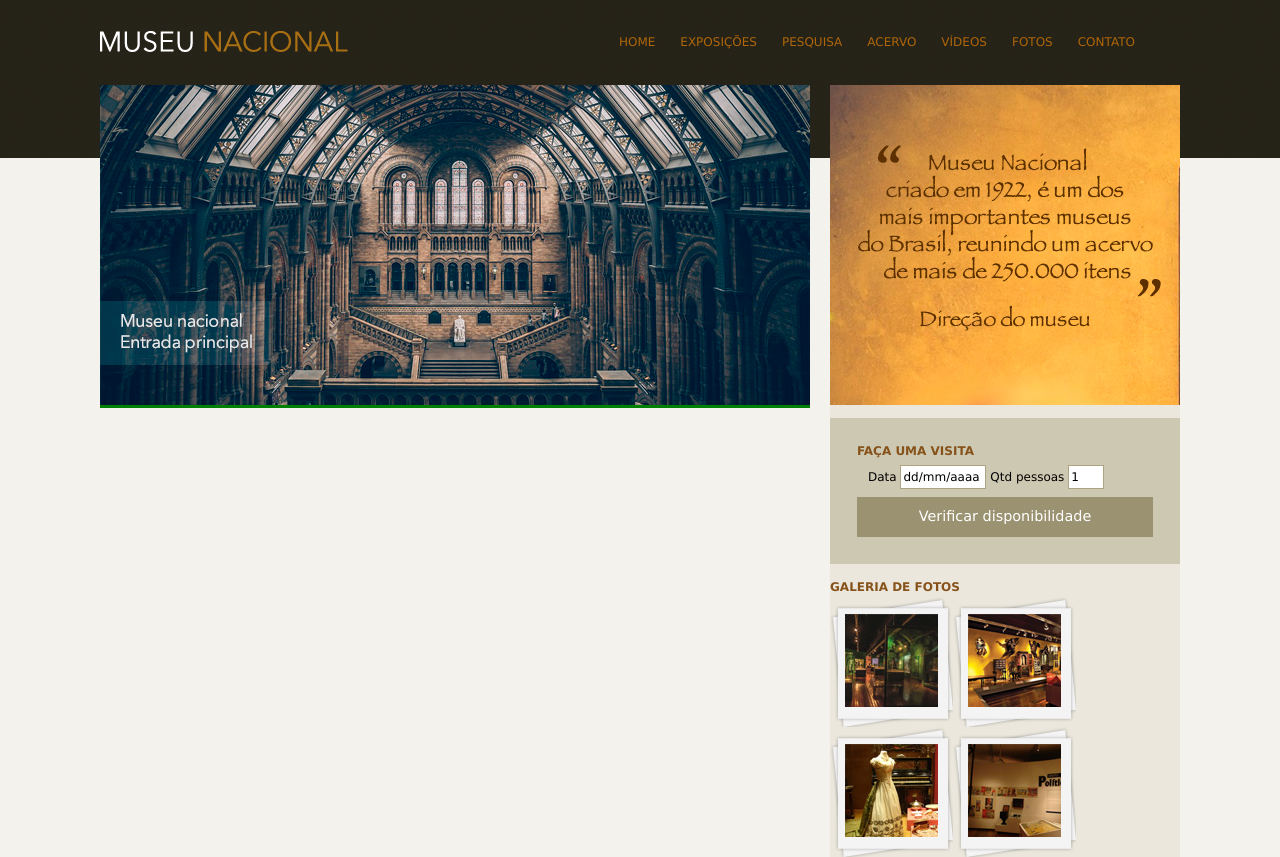
Repository: GustavoScopinho/Museu-Nacional
Page: index.html
An editor plug-in stored every save of this project. The page is shown before and after the next save, followed by the edit.
The browser window is 1280 px wide. The pictures show the whole page.

Above is the page before, as saved 2022-07-05 01:29:18.

### index.html
<!DOCTYPE html>
<html>
  <head>
    <title>Museu Nacional</title>
    <meta charset="utf-8" />
    <link rel="stylesheet" type="text/css" href="css/normalize.css" />
    <link rel="stylesheet" type="text/css" href="css/style.css" />
  </head>

  <body>
    <div id="container">
      <!-- Inicio container -->

      <header>
        <div id="logo">
          <h1><a href="">Museu Nacional</a></h1>
        </div>

        <nav>
          <ul>
            <li><a href="#">Home</a></li>
            <li><a href="#">Exposições</a></li>
            <li><a href="#">Pesquisa</a></li>
            <li><a href="#">Acervo</a></li>
            <li><a href="#">Vídeos</a></li>
            <li><a href="#">Fotos</a></li>
            <li><a href="#">Contato</a></li>
          </ul>
        </nav>
      </header>

      <div id="principal">
        <div id="conteudo">
          <section id=" capa">
            <img src="img/museu.png">
          </section>
        </div>
      <aside>
        <section id="depoimento">
          <img src="img/depoimento.png">
        </section>

      <section id="visita">
        <h4>Faça uma visita</h4>
          <form>
            <fieldset>
                <legend>Selecione uma data</legend>

                <label for="data" >Data</label>
                <input class="campo" type="text" id="data" value="dd/mm/aaaa">

                <label  for="qtd" >Qtd pessoas</label>
                <input class="campo" style="width: 30px;" type="text" id="qtd" value="1">

            </fieldset>
            <input class="botao" type="submit" value="Verificar disponibilidade">
          </form>
      </section>

      <section id="galeria">
        <h4>Galeria de fotos</h4>
          <a href="">
            <img src="img/imagem1.jpg" height="93" width="93">
          </a>
          <a href="">
            <img src="img/imagem2.jpg" height="93" width="93">
          </a>
          <a href="">
            <img src="img/imagem3.jpg" height="93" width="93">
          </a>
          <a href="">
            <img src="img/imagem4.jpg" height="93" width="93">
          </a>
      </section>

      </aside>
    </div>
    <!-- fim container -->
  </body>
</html>

### css/style.css

body {
  background: #f4f2ec url(../img/fundo.png) repeat-x;
  font: 12px "Lucida Grande", "Lucida Sans Unicode", Arial, sans-serif ;
}

#container {
  width: 1080px;
  margin: 0 auto;
}

a:link, a:active, a:visited {
  color: #af670a;
  text-decoration: none;
}

a:hover {
  color: #227115;
}

/* LOGO */

#logo h1{
  float: left;
}
#logo a {
  width: 248px;
  height: 21px;
  text-indent: -9999px;
  display: block;
  background: url(../img/logo.png) no-repeat;
}

/* navegation */

header{
  padding: 15px 0;
  height: 55px;
}

nav ul {
  list-style: none;
  margin: 20px;
  float: right;
}
nav ul li {
  float: left;
}

nav ul li a:link {
  display: block;
  margin-right: 25px;
  padding-bottom: 3px;
  text-transform: uppercase;
}

nav ul li a:hover {
  border-bottom: 1px solid #535858;
}

/* Principal */

#conteudo {
  width: 710px;
  float: left;
  background: green;
}
aside {
  width: 350px;
  float: right;
  background: #ebe7dd;
}

section#visita {
  background: #cdc8b1;
  padding: 10px 27px 27px 27px;
  margin-top: 10px;
}

section#galeria a {
  display: block;
  background: url(../img/fundo-foto.png) no-repeat;

  float: left;
  padding: 17px 15px 17px 15px;
}

h4 {
  color: #86521a;
  text-transform: uppercase;
  padding-bottom: 3px;
  margin-bottom: 0;
}

/* Formulario */

input {
  height: 20px;
  width: 80px;
  background: #fff;
  border: none;
  font-size: 1em;
}
input.campo {
  border:1px solid #ada484;
}

input.botao {
  background: #9b9271;
  color: white;
  width: 100%;
  height: 40px;
  font-size: 1.2em;
}

fieldset {
  border: none;
}

legend {
  display: none;
}

Loaded but not shown: css/normalize.css (library)

After the next save:
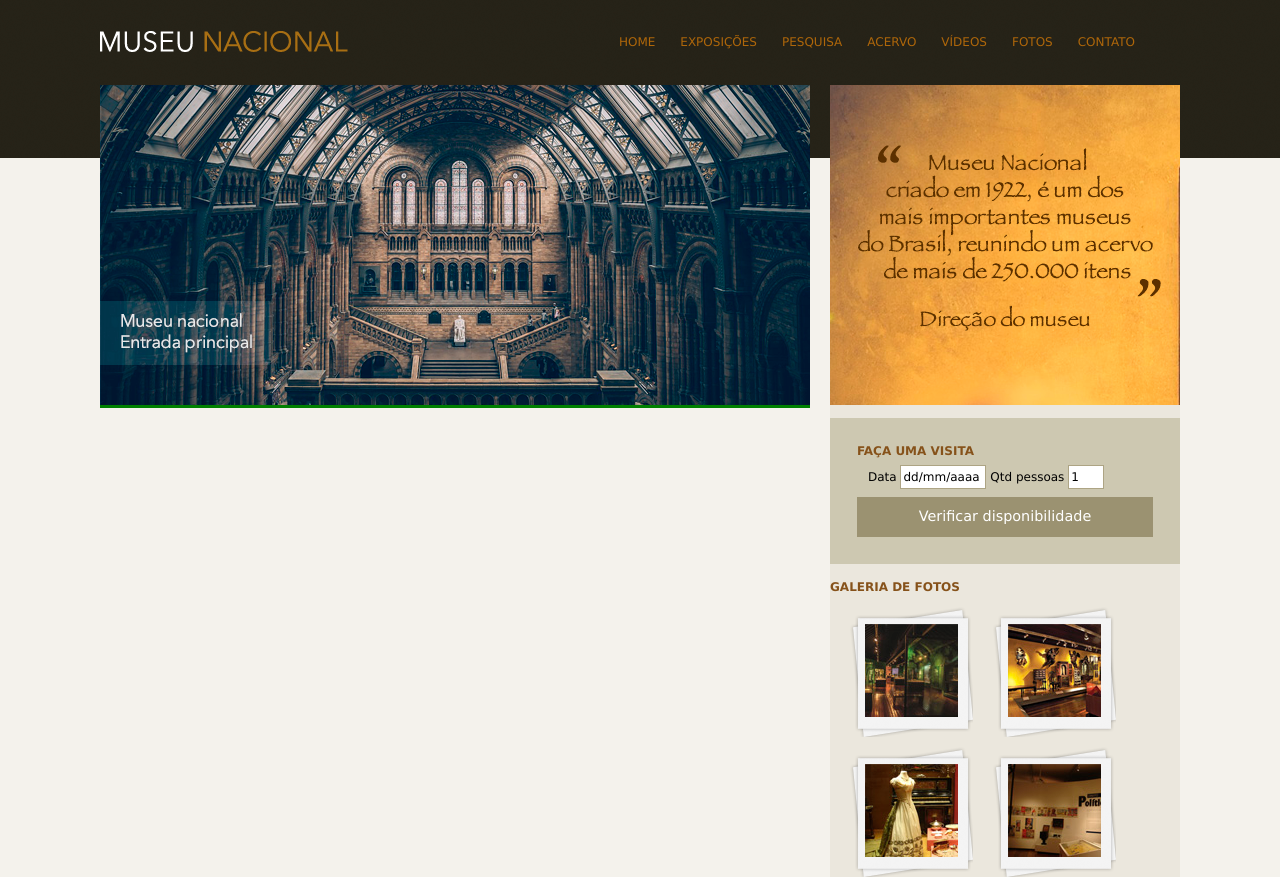
Saved 29 s later.
--- a/css/style.css
+++ b/css/style.css
@@ -83,6 +83,7 @@
 
   float: left;
   padding: 17px 15px 17px 15px;
+  margin: 10px 0 0 20px;
 }
 
 h4 {
